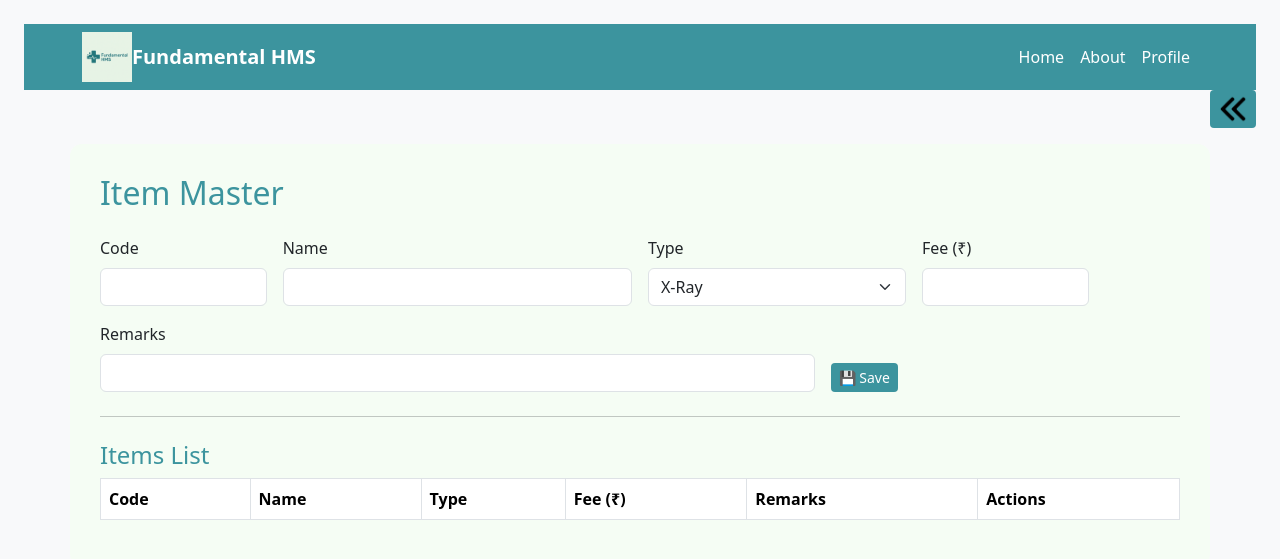
Repository: NAGENDRAN0/New
Page: http://localhost/master
These files come from the project's save history. The page is drawn as it stood at one moment and after the next save; the edit follows.
The browser window is 1280 px wide. The pictures show the whole page.
The page is this project's Thymeleaf template; nobody is signed in. The template is opened directly, without the code that normally fills it, so the values that code supplies are empty.

Above is the page before, as saved 2025-05-15 11:07:05.

### Documents/workspace-spring-tool-suite-4-4.25.0.RELEASE/HMS/src/main/resources/templates/master.html
<!DOCTYPE html>
<html lang="en">
<head>
  <meta charset="UTF-8" />
  <title>Billing Item Master</title>
  <link href="https://cdn.jsdelivr.net/npm/bootstrap@5.3.3/dist/css/bootstrap.min.css" rel="stylesheet" />
  <link rel="stylesheet" href="/css/master.css" />
  <style>
	*{
		margin: 0;
		padding: 0;
	}
  </style>
</head>
<body class="bg-light p-4">
	<nav class="navbar navbar-expand-lg navbar-dark" style="background-color: #3C949E;">
			<div class="container d-flex align-items-center">
				<img th:src=@{/image/Logo.png} class="logo" width="50" height="50"/>
				<a class="navbar-brand d-flex align-items-center" th:href="@{/}" style="color: white; font-weight: bold;">Fundamental HMS</a>
				<button class="navbar-toggler" type="button" data-bs-toggle="collapse" data-bs-target="#navbarNav"
					aria-controls="navbarNav" aria-expanded="false" aria-label="Toggle navigation">
					<span class="navbar-toggler-icon"></span>
				</button>
				<div class="collapse navbar-collapse" id="navbarNav">
					<ul class="navbar-nav ms-auto">
						<li class="nav-item">
							<a class="nav-link active" th:href="@{/}" style="color: white;">Home</a>
						</li>
						<li class="nav-item">
							<a class="nav-link" th:href="@{/features}" style="color: white;">About</a>
						</li>
						<li class="nav-item">
							<a class="nav-link" th:href="@{/contact}" style="color: white;">Profile</a>
						</li>
					</ul>
				</div>
			</div>
		</nav>
	<div class="d-flex justify-content-end mb-3">
	  <a href="/" class="btn btn-sm btn-custom"> <img src="/image/back.png" height="30" width="30"/> </a>
	</div>

  <div class="container" style="background-color: #f5fdf4; border-radius: 12px; padding: 30px;">
    <h2 class="mb-4 text-primary-custom">Item Master</h2>
	<div th:if="${successMessage}" class="alert alert-success" style="text-align: center;">
				<p th:text="${successMessage}"></p>
			</div>

	<form th:object="${master}" th:action="@{/master/save}" method="post" class="row g-3">
      <div class="col-md-2">
        <label class="form-label">Code</label>
        <input type="text" id="code" class="form-control" th:field="*{itemcode}" name="itemcode" required />
      </div>
      <div class="col-md-4">
        <label class="form-label">Name</label>
        <input type="text" id="name" class="form-control" th:field="*{itemname}" name="itemname" required />
      </div>
      <div class="col-md-3">
        <label class="form-label">Type</label>
        <select id="type" class="form-select" th:field="*{type}" name="type" required>
          <option value="x-ray">X-Ray</option>
          <option value="scan">Scan</option>
          <option value="lab">Lab</option>
          <option value="consultation">Consultation</option>
          <option value="other">Other</option>
        </select>
      </div>
      <div class="col-md-2">
        <label class="form-label">Fee (₹)</label>
        <input type="number" id="fee" class="form-control" th:field="*{fee}" name="fee" required />
      </div>
      <div class="col-md-8">
        <label class="form-label">Remarks</label>
        <input type="text" id="remarks" th:field="*{remarks}" name="remarks" class="form-control" />
      </div>
      <div class="col-md-4 d-flex align-items-end">
        <button type="submit" class="btn btn-sm btn-custom ">💾 Save</button>
      </div>
    </form>

    <hr class="my-4" />

    <h4 class="text-primary-custom">Items List</h4>
    <table class="table table-bordered table-striped">
      <thead class="table-custom">
        <tr>
          <th>Code</th>
          <th>Name</th>
          <th>Type</th>
          <th>Fee (₹)</th>
          <th>Remarks</th>
          <th>Actions</th>
        </tr>
      </thead>
	  <tbody>
	      <tr th:each="item : ${masterList}">
	        <td th:text="${item.itemcode}"></td>
	        <td th:text="${item.itemname}"></td>
	        <td th:text="${item.type}"></td>
	        <td th:text="${item.fee}"></td>
	        <td th:text="${item.remarks}"></td>
	        <td>
	          <!-- You can add Edit/Delete actions here if needed -->
	        </td>
	      </tr>
	    </tbody>
    </table>
  </div>

  <!--<script>
    let items = [];

    function saveItem(event) {
      event.preventDefault();
      const code = document.getElementById("code").value.trim();
      const name = document.getElementById("name").value.trim();
      const type = document.getElementById("type").value;
      const fee = parseFloat(document.getElementById("fee").value);
      const remarks = document.getElementById("remarks").value.trim();

      const item = { code, name, type, fee, remarks };
      const index = items.findIndex(i => i.code === code);

      if (index >= 0) {
        items[index] = item;
      } else {
        items.push(item);
      }

      renderTable();
      document.getElementById("billingItemForm").reset();
    }

    function renderTable() {
      const tbody = document.getElementById("itemTableBody");
      tbody.innerHTML = "";
      items.forEach((item, index) => {
        const row = document.createElement("tr");
        row.innerHTML = `
          <td>${item.code}</td>
          <td>${item.name}</td>
          <td>${item.type}</td>
          <td>${item.fee.toFixed(2)}</td>
          <td>${item.remarks}</td>
          <td>
            <button class="btn btn-sm btn-warning me-1" onclick="editItem(${index})">Edit</button>
            <button class="btn btn-sm btn-danger" onclick="deleteItem(${index})">Delete</button>
          </td>
        `;
        tbody.appendChild(row);
      });
    }

    function editItem(index) {
      const item = items[index];
      document.getElementById("code").value = item.code;
      document.getElementById("name").value = item.name;
      document.getElementById("type").value = item.type;
      document.getElementById("fee").value = item.fee;
      document.getElementById("remarks").value = item.remarks;
    }

    function deleteItem(index) {
      if (confirm("Are you sure you want to delete this item?")) {
        items.splice(index, 1);
        renderTable();
      }
    }
  </script>-->
</body>
</html>

### Documents/workspace-spring-tool-suite-4-4.25.0.RELEASE/HMS/src/main/resources/static/css/master.css
body {
  background-color: #f5fdf4;
}

.text-primary-custom {
  color: #3C949E;
}

.btn-custom {
  background-color: #3C949E;
  color: white;
  border: none;
}

.btn-custom:hover {
  background-color: #337f87;
}

.table-custom {
  background-color: #3C949E;
  color: white;
}

After the next save:
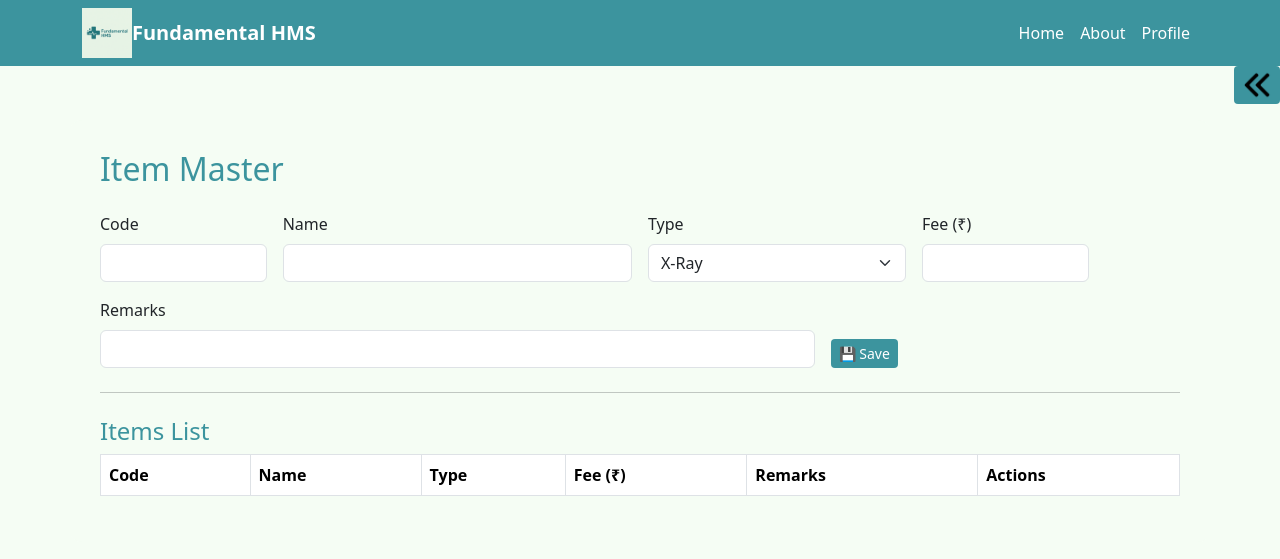
Saved 37 s later.
--- a/Documents/workspace-spring-tool-suite-4-4.25.0.RELEASE/HMS/src/main/resources/templates/master.html
+++ b/Documents/workspace-spring-tool-suite-4-4.25.0.RELEASE/HMS/src/main/resources/templates/master.html
@@ -12,7 +12,7 @@
 	}
   </style>
 </head>
-<body class="bg-light p-4">
+<body class="">
 	<nav class="navbar navbar-expand-lg navbar-dark" style="background-color: #3C949E;">
 			<div class="container d-flex align-items-center">
 				<img th:src=@{/image/Logo.png} class="logo" width="50" height="50"/>
